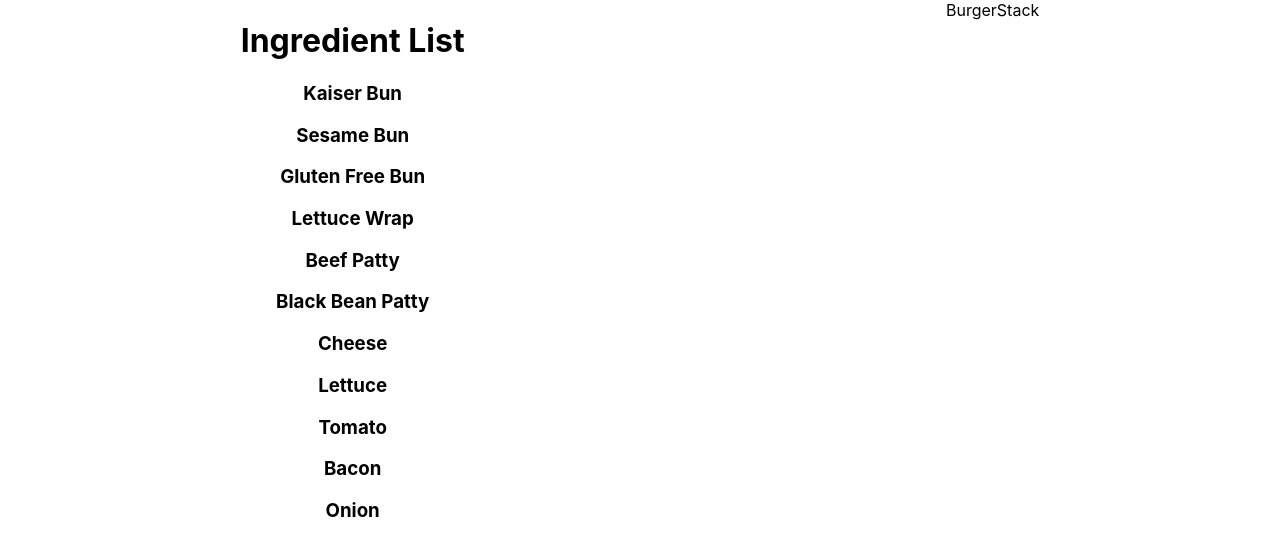
Repository: thecoachanna/react-burger-stacker
Page: /
An editor plug-in stored every save of this project. The page is shown before and after a run of saves, followed by the edit.
The browser window is 1280 px wide. The pictures show the whole page.
The project was rebuilt for these pictures with package versions that can differ from the ones it lists, and the page was loaded fresh each time.

Above is the page before, as saved 2023-02-04 13:56:39.

### src/index.css
body {
  margin: 0;
  font-family: -apple-system, BlinkMacSystemFont, 'Segoe UI', 'Roboto', 'Oxygen',
    'Ubuntu', 'Cantarell', 'Fira Sans', 'Droid Sans', 'Helvetica Neue',
    sans-serif;
  -webkit-font-smoothing: antialiased;
  -moz-osx-font-smoothing: grayscale;
}

code {
  font-family: source-code-pro, Menlo, Monaco, Consolas, 'Courier New',
    monospace;
}

.burger-stacker {
  display: flex;
  justify-content: space-around;
}

button {
  width: 100%;
}

### src/App.js
import { useState, useEffect } from 'react'
import BurgerStack from './components/BurgerStack.jsx'
import IngredientList from './components/IngredientList.jsx'
import './App.css';

function App() {

  const [clickedIngredients, setClickedIngredients] = useState([])

  useEffect(() => {
    console.log(clickedIngredients)
  }, [clickedIngredients] )


  const handleIngredientClick = (e) => {
    // console.log(e.target.innerText)
    setClickedIngredients([...clickedIngredients, { name: e.target.innerText }])
  }


  return (
    <div className="App burger-stacker">
      <IngredientList handleIngredientClick={handleIngredientClick} />
      <BurgerStack clickedIngredients={clickedIngredients} />
    </div>
  );
}

export default App;

### src/components/BurgerStack.jsx
import React from 'react'
import Ingredient from './Ingredient.jsx'

const BurgerStack = () => {
  return (
    <div>BurgerStack</div>
  )
}

export default BurgerStack

### src/components/IngredientList.jsx
import React from 'react'
import Ingredient from './Ingredient.jsx'

const IngredientList = (props) => {
    const ingredientObjects = [
        {name: 'Kaiser Bun', color: 'saddlebrown'},
        {name: 'Sesame Bun', color: 'sandybrown'},
        {name: 'Gluten Free Bun', color: 'peru'},
        {name: 'Lettuce Wrap', color: 'olivedrab'},
        {name: 'Beef Patty', color: '#3F250B'},
        {name: 'Black Bean Patty', color: '#3F250B'},
        {name: 'Cheese', color: 'mustard'},
        {name: 'Lettuce', color: 'lawngreen'},
        {name: 'Tomato', color: 'tomato'},
        {name: 'Bacon', color: 'maroon'},
        {name: 'Onion', color: 'lightyellow'}
      ]

      const ingredients = ingredientObjects.map((ingredientObject, index) => {
        return (
          <Ingredient
          key={`yum ${index}`}
            name={ingredientObject.name}
            color={ingredientObject.color}
            handleIngredientClick={props.handleIngredientClick}
          />
        )
      })

      return (
        <div>
          <h1>Ingredient List</h1>
          {ingredients}
        </div>
      )
    }

export default IngredientList

### src/components/Ingredient.jsx
import React from 'react'

const Ingredient = (props) => {
  return (
      <div>
          <h3 onClick={props.handleIngredientClick}>{props.name}</h3>
    </div>
  )
}

export default Ingredient

Loaded but not shown: public/index.html (common file); src/index.js (common file); src/reportWebVitals.js (common file); src/App.css (common file)

After the next 2 saves:
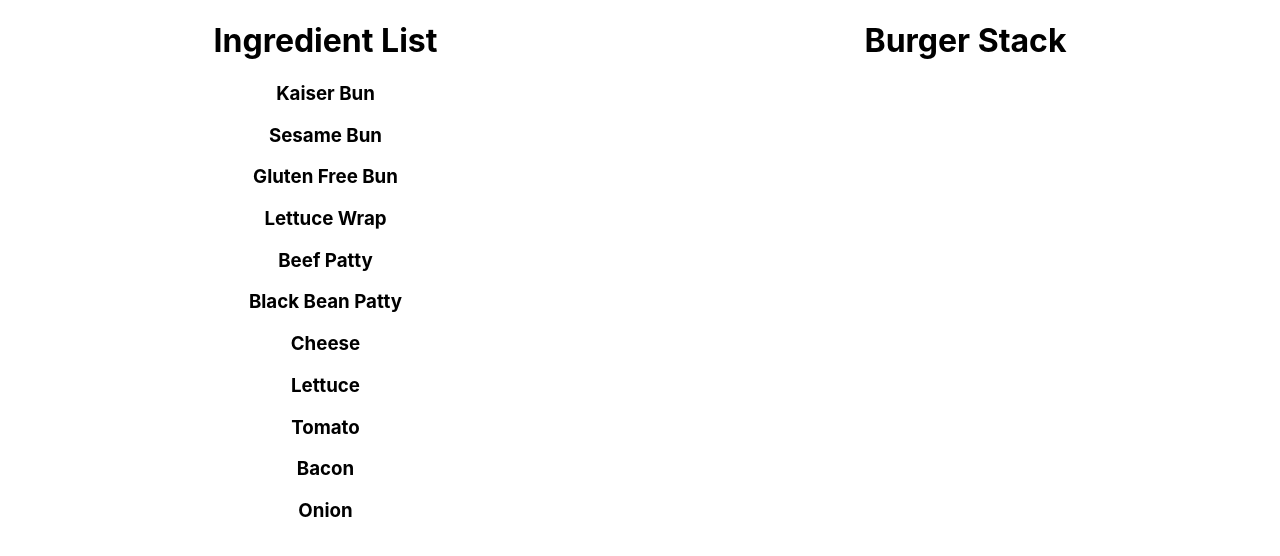
The 2 saves are shown as one change because 1 did not build or start.
The last was saved 47 s later.
--- a/src/components/BurgerStack.jsx
+++ b/src/components/BurgerStack.jsx
@@ -1,10 +1,21 @@
 import React from 'react'
 import Ingredient from './Ingredient.jsx'
 
-const BurgerStack = () => {
-  return (
-    <div>BurgerStack</div>
-  )
-}
+const BurgerStack = (props) => {
+    const ingredients = props.clickedIngredients.map((ingredient, index) => {
+        return (
+          <Ingredient
+          key={`yum ${index}`}
+          name={ingredient.name}
+        />
+        )
+      })
+      return (
+        <div>
+          <h1>Burger Stack</h1>
+          {ingredients}
+        </div>
+      )
+    }
 
 export default BurgerStack
